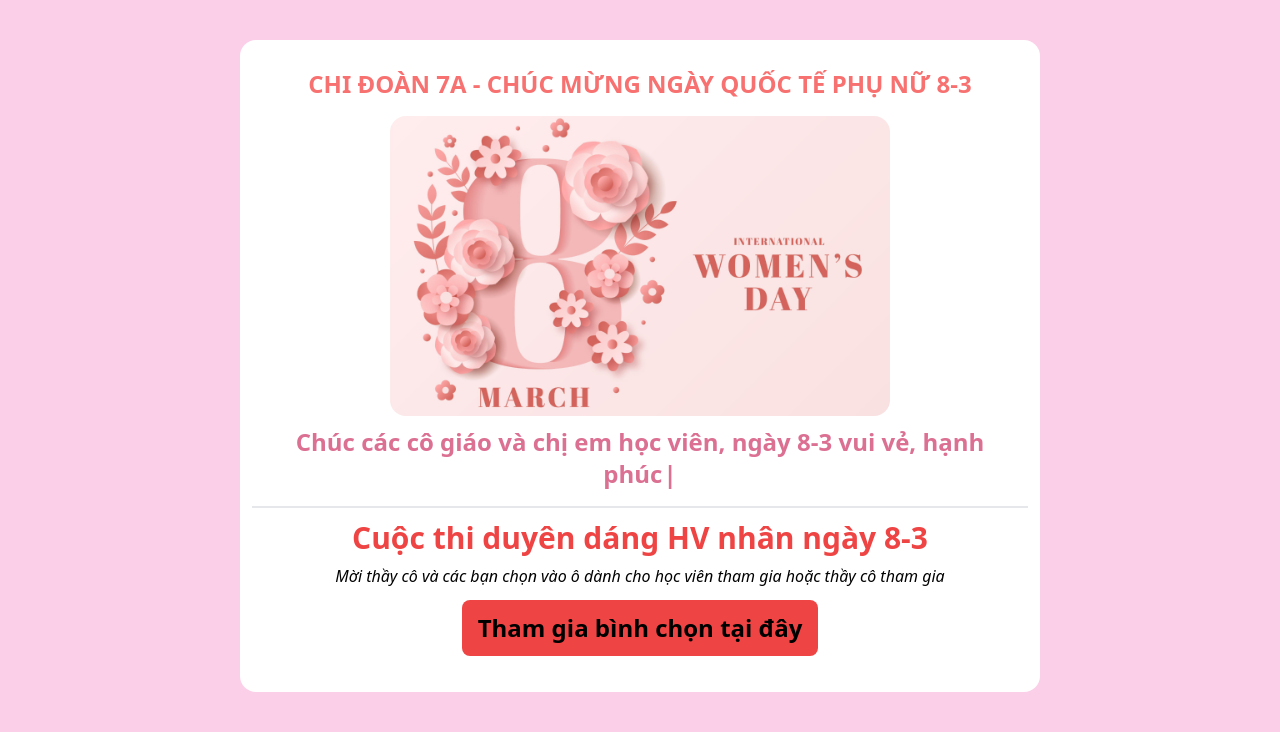
Repository: hoang0508/web-837A
Page: /
The author's editor kept a copy of each file at every save. The page is drawn from the files as they stood at one save, then again after the next save.
The browser window is 1280 px wide. The pictures show the whole page.
Some web fonts or font styles are not loaded; a fallback is used. The project was rebuilt for these pictures with package versions that can differ from the ones it lists, and the page was loaded fresh each time. Also part of the build but not shown: vite.config.js.

Above is the page before, as saved 2025-02-28 19:31:42.

### index.html
<!DOCTYPE html>
<html lang="en">
  <head>
    <meta charset="UTF-8" />
    <link rel="icon" type="image/svg+xml" href="/vite.svg" />
    <meta name="viewport" content="width=device-width, initial-scale=1.0" />
    <link rel="preconnect" href="https://fonts.googleapis.com" />
    <link rel="preconnect" href="https://fonts.gstatic.com" crossorigin />
    <link
      href="https://fonts.googleapis.com/css2?family=Bai+Jamjuree:ital,wght@0,200;0,300;0,400;0,500;0,600;0,700;1,200;1,300;1,400;1,500;1,600;1,700&family=Montserrat:ital,wght@0,100..900;1,100..900&display=swap"
      rel="stylesheet"
    />
    <title>Vite + React</title>
  </head>
  <body>
    <div id="root"></div>
    <script type="module" src="/src/main.jsx"></script>
  </body>
</html>

### src/index.css
@import url("https://fonts.googleapis.com/css2?family=Bai+Jamjuree:ital,wght@0,200;0,300;0,400;0,500;0,600;0,700;1,200;1,300;1,400;1,500;1,600;1,700&family=Montserrat:ital,wght@0,100..900;1,100..900&display=swap");
@tailwind base;
@tailwind components;
@tailwind utilities;
*,
*:before,
*:after {
  box-sizing: border-box;
}

img,
picture,
svg,
video {
  display: block;
  max-width: 100%;
}
input,
select,
textarea {
  background-color: transparent;
  outline: none;
}
button {
  cursor: pointer;
  background-color: transparent;
  outline: none;
  border: 0;
}
body {
  min-height: 100vh;
  font-weight: 400;
  font-size: 16px;
  line-height: 1;
}

.Typewriter {
  margin: 10px;
  color: palevioletred;
  text-align: center;
  height: 70px;
}

### src/App.jsx
import { useState } from "react";
import reactLogo from "./assets/react.svg";
import anh83 from "./assets/anh832.png";
import Typewriter from "typewriter-effect";

import "./index.css";

function App() {
  const [count, setCount] = useState(0);

  return (
    <>
      <div className="text-2xl font-bold  bg-pink-200 min-h-screen p-10">
        <div className="bg-white shadow-3xl p-3 w-[800px]  my-0 mx-auto rounded-2xl">
          <h1 className="text-center text-red-400 p-4 uppercase">
            Chi đoàn 7A - CHÚC MỪNG NGÀY QUỐC TẾ PHỤ NỮ 8-3
          </h1>
          <div className="mx-auto w-[500px] h-[300px]">
            <img
              src={anh83}
              alt="##"
              className="w-full h-full object-cover rounded-2xl"
            />
          </div>
          <div className="border-b-2 border-gray-200">
            <Typewriter
              options={{
                strings: [
                  `${"Chúc các cô giáo và chị em học viên, ngày 8-3 vui vẻ, hạnh phúc, luôn mạnh khỏe và thành công! 🌸💐❤️❤️❤️💰"}`,
                ],
                delay: 75,
                autoStart: true,
                loop: true,
              }}
            />
          </div>
          <div className="my-3">
            <h3 className="text-center font-bold text-red-500 mb-2 text-3xl">
              Cuộc thi duyên dáng HV nhân ngày 8-3
            </h3>
            <p className="text-center italic text-base font-light">
              Mời thầy cô và các bạn chọn vào ô dành cho học viên tham gia hoặc
              thầy cô tham gia
            </p>
            <div className="py-3 flex justify-center items-center">
              <button className="flex justify-center items-center py-3 px-4 bg-red-500 rounded-lg">
                Tham gia bình chọn tại đây
              </button>
            </div>
          </div>
        </div>
      </div>
    </>
  );
}

export default App;

### tailwind.config.js
/** @type {import('tailwindcss').Config} */
export default {
  content: ["./index.html", "./src/**/*.{js,ts,jsx,tsx}"],
  theme: {
    extend: {
      keyframes: {
        typing: {
          "0%": {
            width: "0%",
            visibility: "hidden",
          },
          "100%": {
            width: "100%",
          },
        },
        blink: {
          "50%": {
            borderColor: "transparent",
          },
          "100%": {
            borderColor: "white",
          },
        },
      },
      animation: {
        typing: "typing 5s steps(40) infinite alternate, blink .10s infinite",
      },
    },
  },
  plugins: [],
};

Loaded but not shown: src/main.jsx (common file)

After the next save:
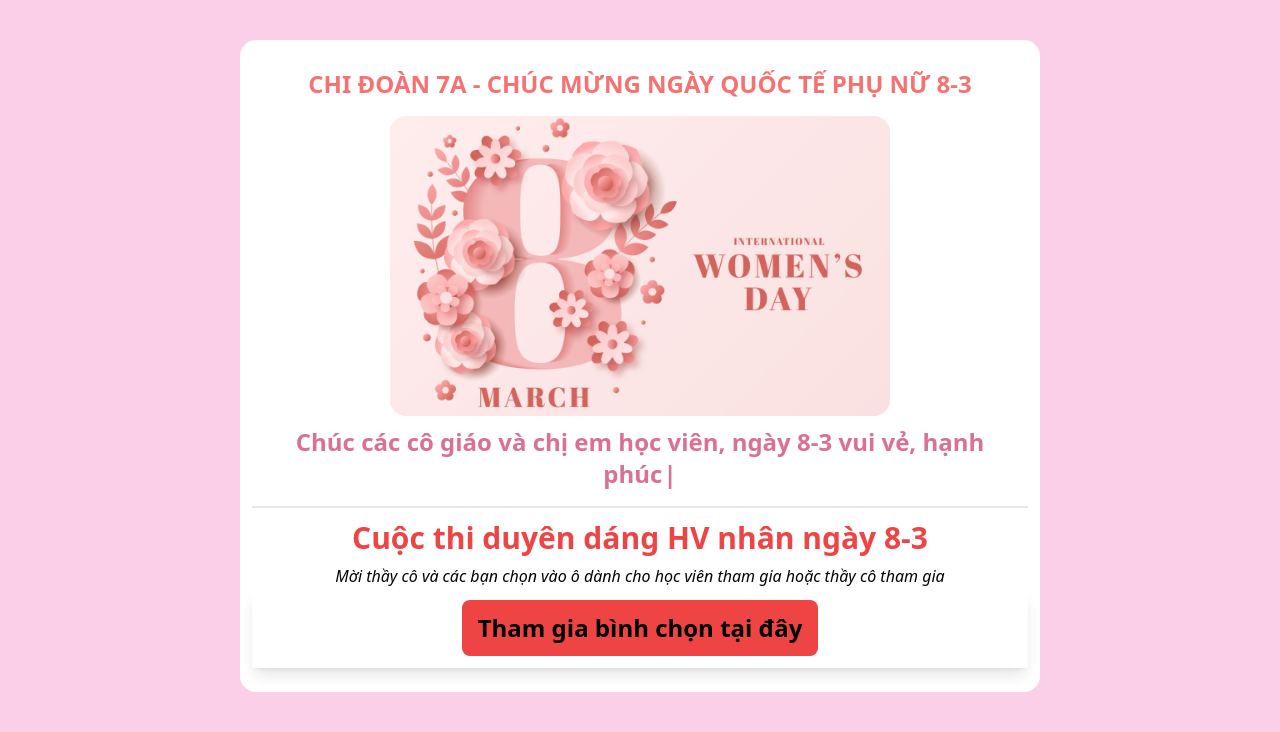
Saved 19 s later.
--- a/src/App.jsx
+++ b/src/App.jsx
@@ -42,7 +42,7 @@ function App() {
               Mời thầy cô và các bạn chọn vào ô dành cho học viên tham gia hoặc
               thầy cô tham gia
             </p>
-            <div className="py-3 flex justify-center items-center">
+            <div className="py-3 flex justify-center items-center shadow-lg">
               <button className="flex justify-center items-center py-3 px-4 bg-red-500 rounded-lg">
                 Tham gia bình chọn tại đây
               </button>
